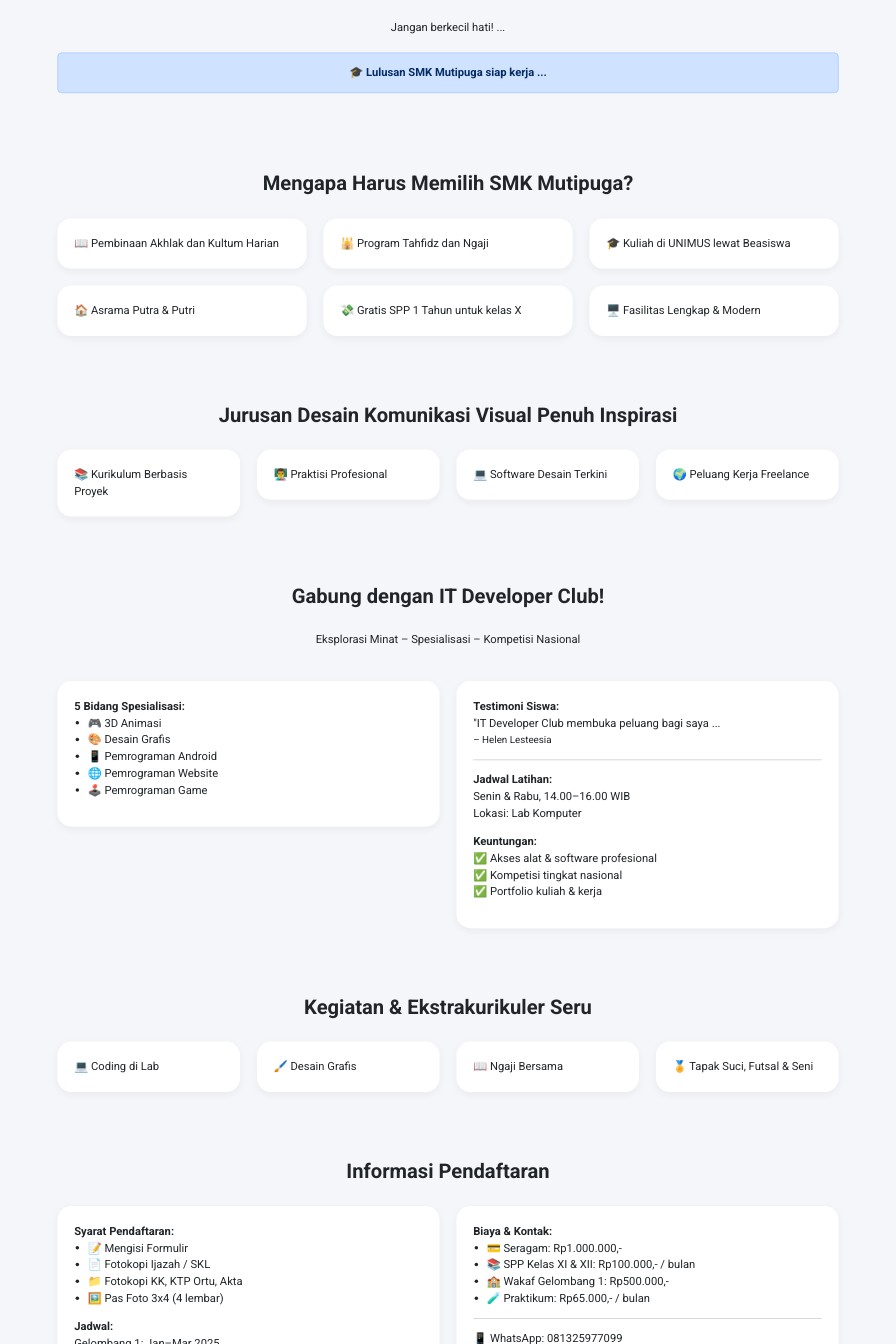
Repository: ppdbsmkmutipuga/ppdbsmkmutipuga.github.io
Page: index.html
The author's editor kept a copy of each file at every save. The page is drawn from the files as they stood at one save, then again after a run of saves.
The browser window is 1280 px wide. The pictures show the part of the page from y = 520 to 2440 px (the page is 2763 px tall before and 3251 px after), at 70% of full size.

Above is the page before, as saved 2025-06-29 03:03:51.
Not found: main.js

### index.html
<!DOCTYPE html>
<html lang="id">

<head>
    <meta charset="UTF-8" />
    <meta name="viewport" content="width=device-width, initial-scale=1.0" />
    <meta name="description"
        content="PPDB SMK Muhammadiyah 3 Pucang Gading - Sekolah Digital Kreatif Jurusan DKV. Gratis SPP 1 tahun untuk kelas X!" />
    <meta name="keywords"
        content="PPDB, SMK Muhammadiyah, DKV, Sekolah Digital, Gratis SPP, Ekstrakurikuler, IT Developer Club" />
    <meta name="author" content="SMK Mutipuga" />
    <title>PPDB SMK Mutipuga 2025/2026</title>
    <link href="https://fonts.googleapis.com/css2?family=Roboto:wght@400;700&display=swap" rel="stylesheet">
    <link href="https://cdn.jsdelivr.net/npm/bootstrap@5.3.3/dist/css/bootstrap.min.css" rel="stylesheet">
    <link rel="stylesheet" href="style.css">
</head>

<body>
    <nav class="navbar navbar-expand-lg navbar-dark bg-primary sticky-top shadow-sm">
        <div class="container">
            <a class="navbar-brand fw-bold d-flex align-items-center" href="#">
                <img src="images/logo.png" alt="Logo SMK Mutipuga" height="32" class="me-2">
                <span class="d-none d-sm-inline">SMK Muhammadiyah 3 Pucang Gading</span>
                <span class="d-inline d-sm-none">SMK MUTIPUGA</span>
            </a>

            <button class="navbar-toggler" type="button" data-bs-toggle="collapse" data-bs-target="#navMenu">
                <span class="navbar-toggler-icon"></span>
            </button>


            <div class="collapse navbar-collapse" id="navMenu">
                <ul class="navbar-nav ms-auto">
                    <li class="nav-item"><a class="nav-link" href="#tentang">Tentang</a></li>
                    <li class="nav-item"><a class="nav-link" href="#jurusan">Jurusan</a></li>
                    <li class="nav-item"><a class="nav-link" href="#ekskul">Ekstrakurikuler</a></li>
                    <li class="nav-item"><a class="nav-link" href="#pendaftaran">Pendaftaran</a></li>
                </ul>
            </div>
        </div>
    </nav>

    <header class="hero">
        <h1>PPDB 2025/2026<br>SMK Muhammadiyah 3 Pucang Gading</h1>
        <p>Sekolah Digital Kreatif dengan Jurusan Desain Komunikasi Visual (DKV)</p>
        <div class="highlight-badge">Gratis SPP 1 Tahun untuk Kelas X!</div><br>
        <a href="#pendaftaran" class="btn btn-light mt-3 fw-bold px-4 py-2">Daftar Sekarang</a>
    </header>

    <section class="container py-5">
        <h2 class="section-title">Gagal Masuk Sekolah Negeri? Tenang, Masih Ada Solusi!</h2>
        <p class="text-center">Jangan berkecil hati! ...</p>
        <div class="alert alert-primary mt-4 text-center fw-semibold">
            🎓 Lulusan SMK Mutipuga siap kerja ...
        </div>
    </section>

    <section class="container py-5">
        <h2 class="section-title">Mengapa Harus Memilih SMK Mutipuga?</h2>
        <div class="row g-4">
            <div class="col-md-4">
                <div class="card-custom">📖 Pembinaan Akhlak dan Kultum Harian</div>
            </div>
            <div class="col-md-4">
                <div class="card-custom">🕌 Program Tahfidz dan Ngaji</div>
            </div>
            <div class="col-md-4">
                <div class="card-custom">🎓 Kuliah di UNIMUS lewat Beasiswa</div>
            </div>
            <div class="col-md-4">
                <div class="card-custom">🏠 Asrama Putra & Putri</div>
            </div>
            <div class="col-md-4">
                <div class="card-custom">💸 Gratis SPP 1 Tahun untuk kelas X</div>
            </div>
            <div class="col-md-4">
                <div class="card-custom">🖥️ Fasilitas Lengkap & Modern</div>
            </div>
        </div>
    </section>

    <section class="container py-5">
        <h2 class="section-title">Jurusan Desain Komunikasi Visual Penuh Inspirasi</h2>
        <div class="row g-4">
            <div class="col-md-3">
                <div class="card-custom">📚 Kurikulum Berbasis Proyek</div>
            </div>
            <div class="col-md-3">
                <div class="card-custom">👨‍🏫 Praktisi Profesional</div>
            </div>
            <div class="col-md-3">
                <div class="card-custom">💻 Software Desain Terkini</div>
            </div>
            <div class="col-md-3">
                <div class="card-custom">🌍 Peluang Kerja Freelance</div>
            </div>
        </div>
    </section>

    <section class="container py-5">
        <h2 class="section-title">Gabung dengan IT Developer Club!</h2>
        <p class="text-center">Eksplorasi Minat – Spesialisasi – Kompetisi Nasional</p>
        <div class="row g-4 mt-4">
            <div class="col-md-6">
                <div class="card-custom">
                    <strong>5 Bidang Spesialisasi:</strong>
                    <ul>
                        <li>🎮 3D Animasi</li>
                        <li>🎨 Desain Grafis</li>
                        <li>📱 Pemrograman Android</li>
                        <li>🌐 Pemrograman Website</li>
                        <li>🕹️ Pemrograman Game</li>
                    </ul>
                </div>
            </div>
            <div class="col-md-6">
                <div class="card-custom">
                    <strong>Testimoni Siswa:</strong>
                    <blockquote>"IT Developer Club membuka peluang bagi saya ...<br><small>– Helen Lesteesia</small>
                    </blockquote>
                    <hr>
                    <p><strong>Jadwal Latihan:</strong><br>Senin & Rabu, 14.00–16.00 WIB<br>Lokasi: Lab Komputer</p>
                    <p><strong>Keuntungan:</strong><br>
                        ✅ Akses alat & software profesional<br>
                        ✅ Kompetisi tingkat nasional<br>
                        ✅ Portfolio kuliah & kerja</p>
                </div>
            </div>
        </div>
    </section>

    <section class="container py-5">
        <h2 class="section-title">Kegiatan & Ekstrakurikuler Seru</h2>
        <div class="row g-4">
            <div class="col-md-3">
                <div class="card-custom">💻 Coding di Lab</div>
            </div>
            <div class="col-md-3">
                <div class="card-custom">🖌️ Desain Grafis</div>
            </div>
            <div class="col-md-3">
                <div class="card-custom">📖 Ngaji Bersama</div>
            </div>
            <div class="col-md-3">
                <div class="card-custom">🏅 Tapak Suci, Futsal & Seni</div>
            </div>
        </div>
    </section>

    <section id="pendaftaran" class="container py-5">
        <h2 class="section-title">Informasi Pendaftaran</h2>
        <div class="row g-4">
            <div class="col-md-6">
                <div class="card-custom">
                    <strong>Syarat Pendaftaran:</strong>
                    <ul>
                        <li>📝 Mengisi Formulir</li>
                        <li>📄 Fotokopi Ijazah / SKL</li>
                        <li>📁 Fotokopi KK, KTP Ortu, Akta</li>
                        <li>🖼️ Pas Foto 3x4 (4 lembar)</li>
                    </ul>
                    <p><strong>Jadwal:</strong><br>Gelombang 1: Jan–Mar 2025<br>Gelombang 2: Apr–Jun 2025</p>
                    <div class="highlight-badge mt-3">Promo: Gratis SPP 1 Tahun*</div>
                </div>
            </div>
            <div class="col-md-6">
                <div class="card-custom">
                    <strong>Biaya & Kontak:</strong>
                    <ul class="mb-2">
                        <li>💳 Seragam: Rp1.000.000,-</li>
                        <li>📚 SPP Kelas XI & XII: Rp100.000,- / bulan</li>
                        <li>🏫 Wakaf Gelombang 1: Rp500.000,-</li>
                        <li>🧪 Praktikum: Rp65.000,- / bulan</li>
                    </ul>
                    <hr>
                    <p>📱 WhatsApp: 081325977099<br>
                        ✉️ Email: smkmuh3puding@gmail.com<br>
                        📍 Alamat: Jl. Pucang Gading Raya, Batursari</p>
                </div>
            </div>
        </div>
        <p class="text-center mt-3"><small>*Syarat & ketentuan berlaku</small></p>
    </section>

    <footer class="footer">
        &copy; 2025 SMK Muhammadiyah 3 Pucang Gading. All Rights Reserved.
    </footer>

    <script src="https://cdn.jsdelivr.net/npm/bootstrap@5.3.3/dist/js/bootstrap.bundle.min.js"></script>
    <script src="main.js"></script>
</body>

</html>

### style.css
body {
    font-family: 'Roboto', sans-serif;
    background: #f5f6fa;
}

.navbar-brand img {
    max-height: 32px;
    width: auto;
}

.hero {
    background: linear-gradient(to right, #673ab7, #512da8);
    color: white;
    padding: 4rem 2rem;
    border-bottom-left-radius: 60px;
    text-align: center;
}

.hero h1 {
    font-weight: 700;
    font-size: 2.2rem;
}

.highlight-badge {
    background-color: #ffc107;
    padding: 0.5rem 1rem;
    border-radius: 50px;
    color: #000;
    font-weight: bold;
    display: inline-block;
    margin-top: 1rem;
}

.section-title {
    text-align: center;
    font-weight: 700;
    font-size: 1.8rem;
    margin-bottom: 2rem;
}

.card-custom {
    border: none;
    border-radius: 20px;
    box-shadow: 0 4px 12px rgba(0, 0, 0, 0.05);
    padding: 1.5rem;
    background: #fff;
}

.footer {
    background-color: #512da8;
    color: white;
    padding: 2rem;
    text-align: center;
    border-top-left-radius: 60px;
}

ul {
    padding-left: 1.2rem;
}

#scrollTopBtn {
    display: none;
    position: fixed;
    bottom: 40px;
    right: 20px;
    z-index: 99;
    font-size: 18px;
    background-color: #512da8;
    color: white;
    border: none;
    padding: 12px 16px;
    border-radius: 50%;
    cursor: pointer;
    box-shadow: 0 2px 6px rgba(0, 0, 0, 0.3);
    transition: background-color 0.3s ease;
}

#scrollTopBtn:hover {
    background-color: #311b92;
}

.fade-in {
    opacity: 0;
    transform: translateY(30px);
    transition: opacity 0.8s ease-out, transform 0.8s ease-out;
}

.fade-in.show {
    opacity: 1;
    transform: translateY(0);
}

After the next 2 saves:
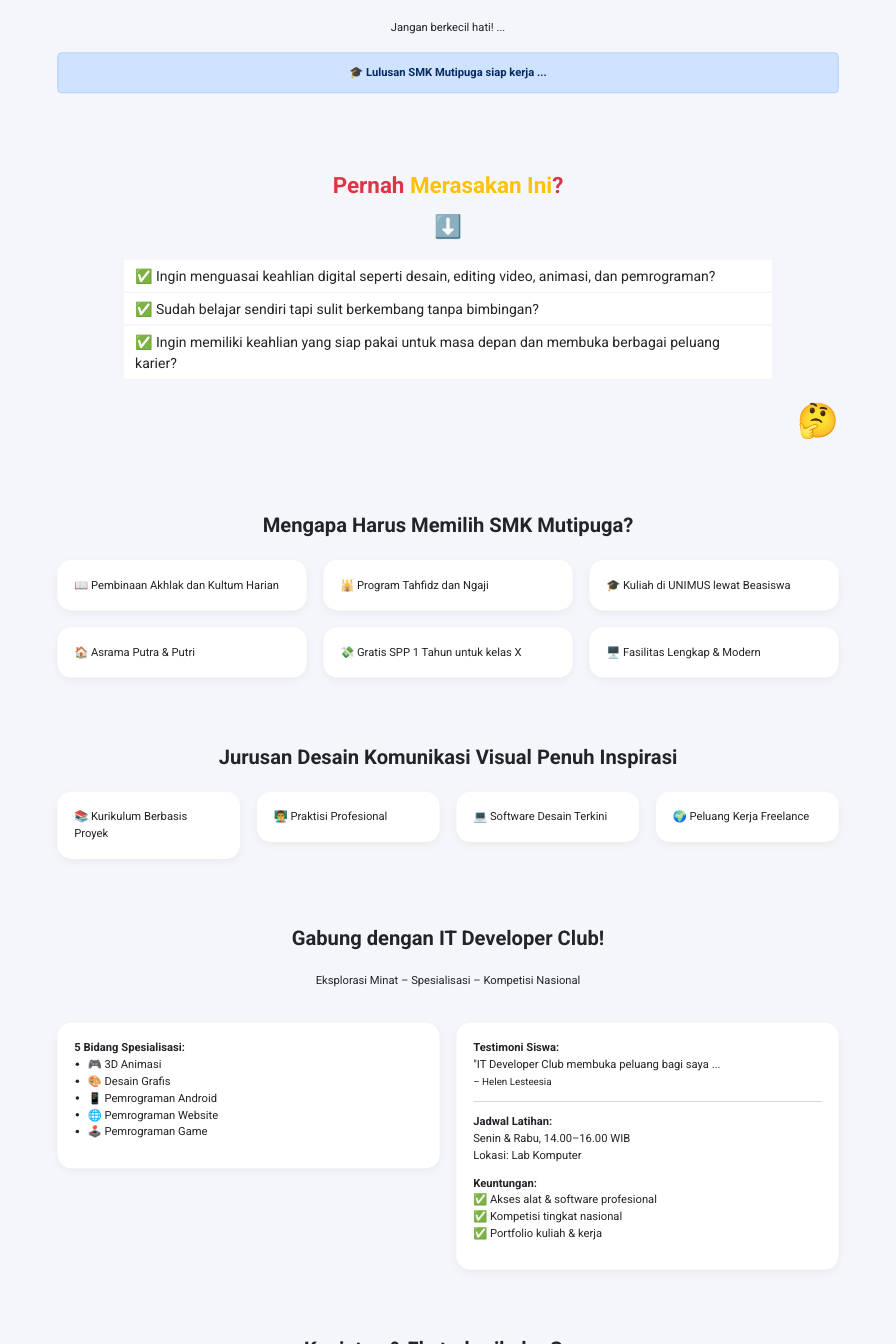
The 2 saves are shown as one change because they came seconds apart.
The last was saved 32 s later.
--- a/index.html
+++ b/index.html
@@ -54,6 +54,36 @@
             🎓 Lulusan SMK Mutipuga siap kerja ...
         </div>
     </section>
+    <section class="container py-5">
+        <div class="text-center mb-4">
+            <h2 class="fw-bold text-danger" style="font-size: 2rem;">
+                Pernah <span class="text-warning">Merasakan Ini</span>?
+            </h2>
+            <div class="my-3">
+                <span style="font-size: 2rem;">⬇️</span>
+            </div>
+        </div>
+
+        <div class="row justify-content-center">
+            <div class="col-md-10">
+                <ul class="list-group list-group-flush fs-5">
+                    <li class="list-group-item">
+                        ✅ Ingin menguasai keahlian digital seperti desain, editing video, animasi, dan pemrograman?
+                    </li>
+                    <li class="list-group-item">
+                        ✅ Sudah belajar sendiri tapi sulit berkembang tanpa bimbingan?
+                    </li>
+                    <li class="list-group-item">
+                        ✅ Ingin memiliki keahlian yang siap pakai untuk masa depan dan membuka berbagai peluang karier?
+                    </li>
+                </ul>
+            </div>
+        </div>
+
+        <div class="text-end mt-4">
+            <span style="font-size: 3rem;">🤔</span>
+        </div>
+    </section>
 
     <section class="container py-5">
         <h2 class="section-title">Mengapa Harus Memilih SMK Mutipuga?</h2>
